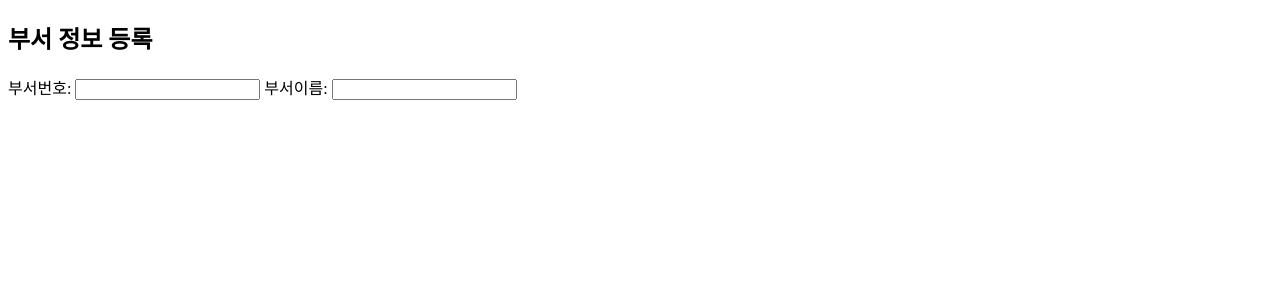
Repository: sieoh/2024html-
Page: http://localhost/jspweb_08/departform.jsp
An editor plug-in stored every save of this project. The page is shown before and after the next save, followed by the edit.
The browser window is 1280 px wide. The pictures show the whole page.
The page is served by Tomcat 9.

Above is the page before, as saved 2024-01-12 02:54:01.

After the next save:
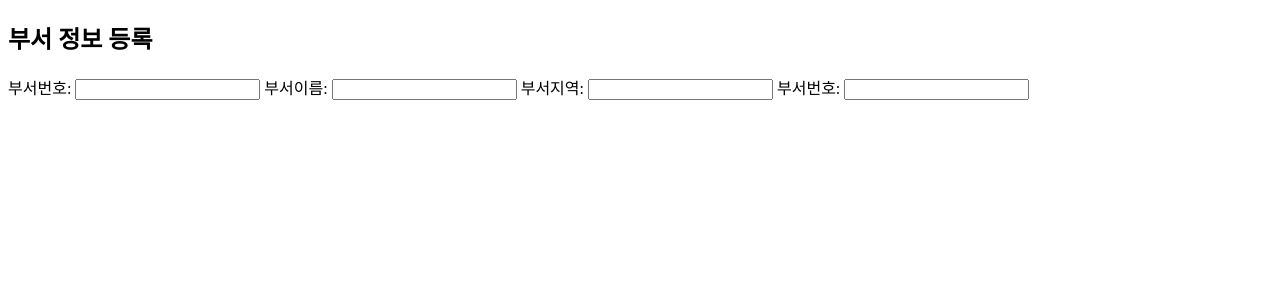
Saved 66 s later.
--- a/workspace_sts/jspweb_08/src/main/webapp/departform.jsp
+++ b/workspace_sts/jspweb_08/src/main/webapp/departform.jsp
@@ -16,6 +16,10 @@
 			<input type="text" id="departId" name="departId" required>
 			<label for="departName">부서이름:</label>
 			<input type="text" id="departName" name="departName" required>
+			<label for="location">부서지역:</label>
+			<input type="text" id="location" name="location" required>
+			<label for="number">부서번호:</label>
+			<input type="text" id="number" name="number" required>
 		</form>
 	</div>
 </body>
